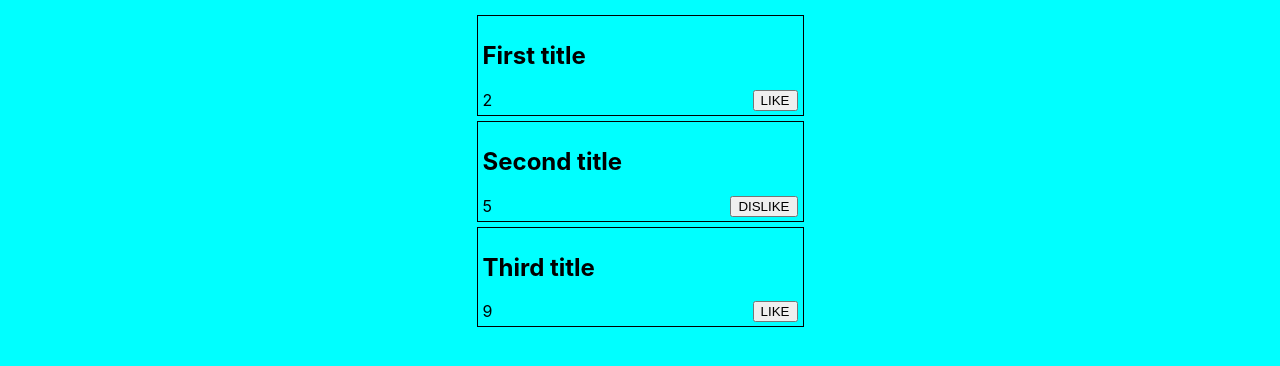
Repository: asapvtec98/egzamin
Page: /
These files come from the project's save history. The page is drawn as it stood at one moment and after a run of saves; the edit follows.
The browser window is 1280 px wide. The pictures show the whole page.
The project was rebuilt for these pictures with package versions that can differ from the ones it lists, and the page was loaded fresh each time.

Above is the page before, as saved 2023-11-14 14:29:24.

### src/App.js
import React from "react";
import Komentarz from "./components/Comment";
import "./App.css";
function App() {
  const comments = [
    {
      title: "First title",
      likes: 2,
      isClicked: true
    },
    {
      title: "Second title",
      likes: 5,
      isClicked: false
    },
    {
      title: "Third title",
      likes: 9,
      isClicked: true
    }
  ]

  const displayComments = comments.map((comment) =>
      <div className="Comment">
        <Komentarz title={comment.title} likes={comment.likes} isClicked={comment.isClicked}></Komentarz>
      </div>
  )

  return (
      <div className="App">
        {displayComments}
      </div>
  )
}

export default App;

### src/components/Comment.js
import React, { useState } from "react";
import "./Comment.css";

function Komentarz(props) {
    const [isClicked, setLike] = useState(props.isClicked);
    const [count, setCount] = useState(parseInt(props.likes));

    const handleLikes = () => {
        if(!isClicked) {
            setCount(count + 1);
            setLike(true);

        } else {
            setCount(count - 1);
            setLike(false);

        }


    };

    return(
        <div className="comment">
            <h2>{props.title}</h2>
            <div>
                    <p className="inline" >{count}</p>
                    <button type="button" onClick={handleLikes}>{isClicked ? 'LIKE' : 'DISLIKE'}</button>
            </div>
        </div>
    )

}
export default Komentarz;

### src/App.css
body {
  background-color: aqua;
}

.App {
  width: auto;
  padding: 10px;
}

### src/components/Comment.css
.comment {
    border: 1px solid black;
    background-color:aqua;
    margin: auto;
    margin-top: 5px;
    margin-bottom: 5px;
    width: 25%;
    padding: 5px;

}


.inline {
    display: inline;
}

button {
    float: right;
}

Loaded but not shown: public/index.html (common file); src/index.js (common file); src/index.css (common file); src/reportWebVitals.js (common file)

After the next 2 saves:
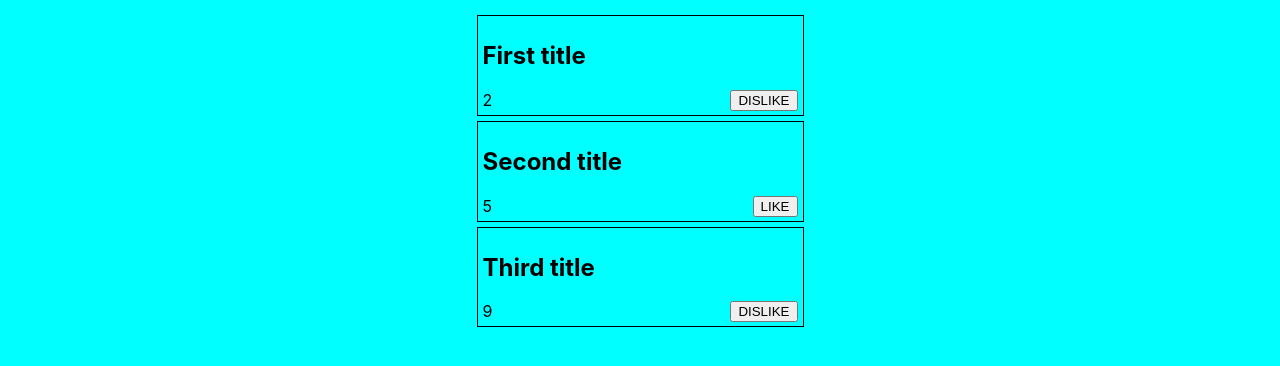
The 2 saves are shown as one change because they came seconds apart.
The last was saved 4 min 4 s later.
--- a/src/components/Comment.js
+++ b/src/components/Comment.js
@@ -5,7 +5,7 @@ function Komentarz(props) {
     const [isClicked, setLike] = useState(props.isClicked);
     const [count, setCount] = useState(parseInt(props.likes));
 
-    const handleLikes = () => {
+    let handleLikes = () => {
         if(!isClicked) {
             setCount(count + 1);
             setLike(true);
@@ -24,7 +24,7 @@ function Komentarz(props) {
             <h2>{props.title}</h2>
             <div>
                     <p className="inline" >{count}</p>
-                    <button type="button" onClick={handleLikes}>{isClicked ? 'LIKE' : 'DISLIKE'}</button>
+                    <button type="button" onClick={handleLikes}>{isClicked ? 'DISLIKE' : 'LIKE'}</button>
             </div>
         </div>
     )
